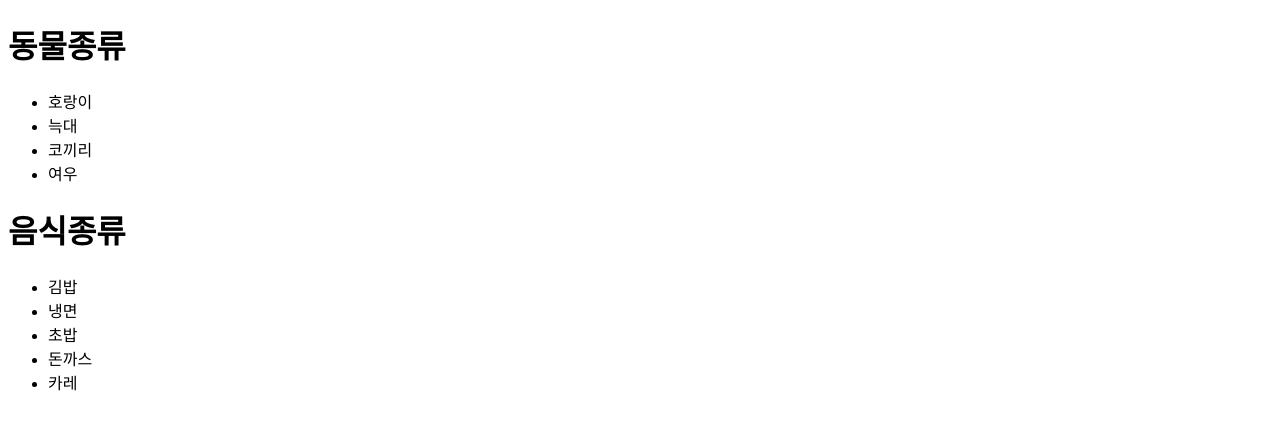
Repository: Jooheehan-kopo/web-workspace
Page: Lecture-web/WebContent/Jquery/exam03(hide).html
An editor plug-in stored every save of this project. The page is shown before and after the next save, followed by the edit.
The browser window is 1280 px wide. The pictures show the whole page.

Above is the page before, as saved 2021-06-16 06:59:52.

### Lecture-web/WebContent/Jquery/exam03(hide).html
<!DOCTYPE html>
<html>
<head>
<meta charset="UTF-8">
<title>Insert title here</title>
<script src="js/jquery-3.6.0.min.js"></script>

<script>
$(document).ready(function() {
	alert("!!!")
//	$('ul li').hide()
//	$('ul li:first').hide()  //호랑이만 지워짐. 같은태그라 1번부터 8번까지로 들어감.(하나의 배열)



})
</script>

</head>
<body>
		<h1>동물종류</h1>
	<ul>
		<li>호랑이</li>
		<li>늑대</li>
		<li>코끼리</li>
		<li>여우</li>
	</ul>

	<h1>음식종류</h1>
	<ul>
		<li>김밥</li>
		<li>냉면</li>
		<li>초밥</li>
		<li>돈까스</li>
		<li>카레</li>
	</ul>
</body>
</html>

Loaded but not shown: Lecture-web/WebContent/Jquery/js/jquery-3.6.0.min.js (library)

After the next save:
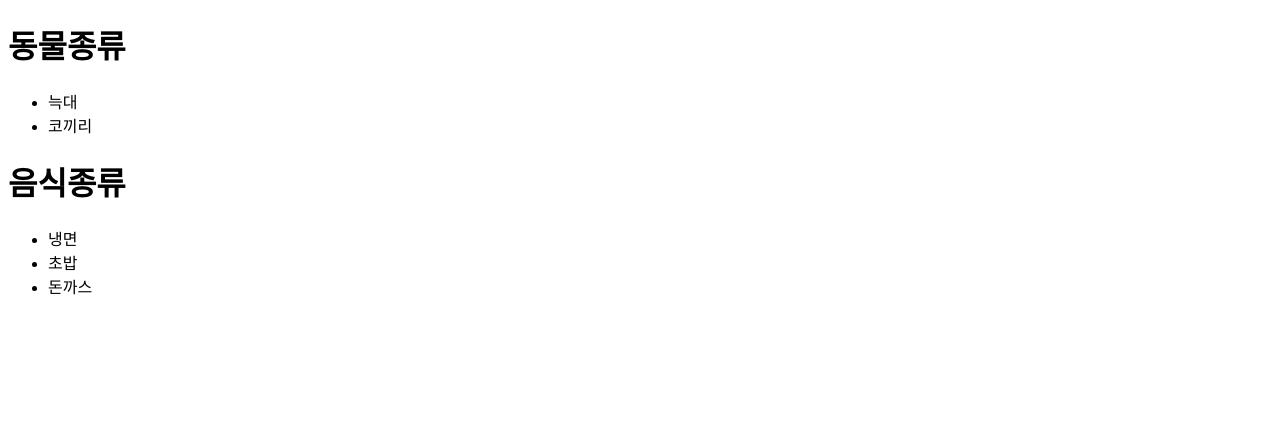
Saved 56 s later.
--- a/Lecture-web/WebContent/Jquery/exam03(hide).html
+++ b/Lecture-web/WebContent/Jquery/exam03(hide).html
@@ -10,7 +10,8 @@ $(document).ready(function() {
 	alert("!!!")
 //	$('ul li').hide()
 //	$('ul li:first').hide()  //호랑이만 지워짐. 같은태그라 1번부터 8번까지로 들어감.(하나의 배열)
-
+	$('ul li:first-child').hide()
+	$('ul li:last-child').hide()
 
 
 })
